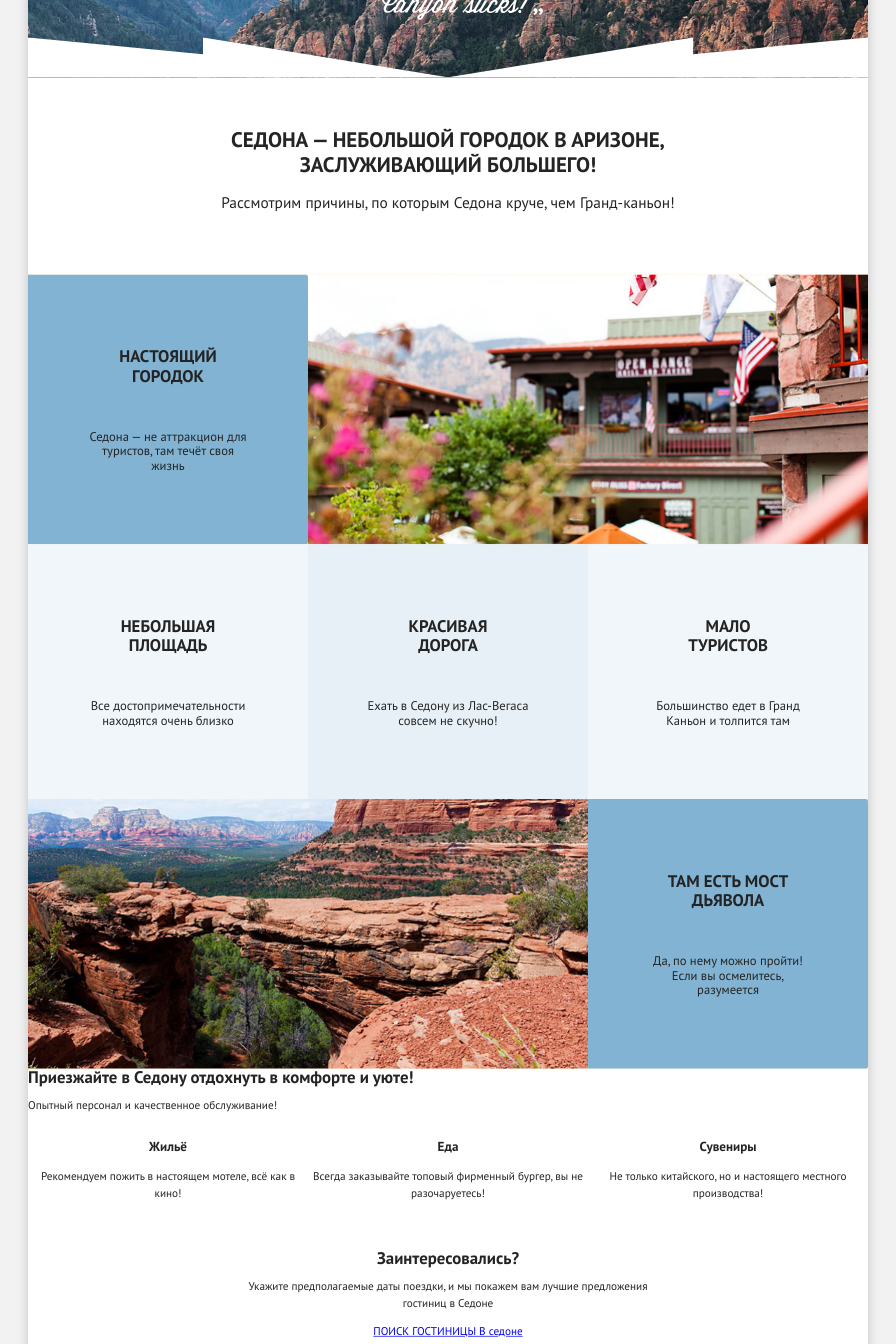
Repository: zakhgagne/2512253-sedona-1
Page: index.html
The author's editor kept a copy of each file at every save. The page is drawn from the files as they stood at one save, then again after the next save.
The browser window is 1280 px wide. The pictures show the part of the page from y = 438 to 2358 px (the page is 3050 px tall), at 70% of full size.

Above is the page before, as saved 2024-05-11 13:54:42.

### index.html
<!DOCTYPE html>
<html lang="ru">

  <head>
    <meta charset="utf-8">
    <title>Сайт города Седона</title>
    <link rel="stylesheet" href="styles/styles.css">
  </head>

  <body>
    <div class="container">
      <header class="header">
        <a class="logo-link" href="#">
          <img class="logo-image" src="./images/logo.svg" alt="Любимая Седона" width="" height="">
        </a>
        <nav class="navigation">
          <ul class="main-menu">
            <li class="menu-item">
              <a href="./index.html" class="menu-link">Главная</a>
            </li>
            <li class="menu-item">
              <a href="#" class="menu-link">О Седоне</a>
            </li>
            <li class="menu-item">
              <a href="./catalog.html" class="menu-link">Гостиницы</a>
            </li>
          </ul>
          <ul class="user-menu">
            <li class="user-menu-item">
              <a href="#" class="user-menu-link">
                <span class="visually-hidden">Поиск</span>
              </a>
            </li>
            <li class="user-menu-item">
              <a href="#" class="user-menu-link">
                <span class="visually-hidden">Избранное</span>
                <span class="like-number">12</span>
              </a>
            </li>
            <li class="user-menu-item">
              <a href="#" class="user-menu-link">Хочу сюда!</a>
            </li>
          </ul>
        </nav>
      </header>
      <main class="main-container">
        <h1 class="visually-hidden">Cайт города Седона</h1>
        <section class="welcome">
          <h2 class="visually-hidden">Приглашение</h2>
          <img src="./images/welcome.svg" class="welcome-image" width="" height="" alt="Welcome">
        </section>

        <section class="city">
          <h2 class="city-title">Седона — небольшой городок в Аризоне, заслуживающий большего!</h2>
          <p class="city-subtitle">Рассмотрим причины, по которым Седона круче, чем Гранд-каньон!</p>

          <ul class="reason-list">
            <li class="reason-item reason-item-special">
              <div class="reason-container">
                <h3 class="reason-title">Настоящий городок</h3>
                <p class="reason-text">Седона — не аттракцион для туристов, там течёт своя жизнь</p>
              </div>
              <img src="./images/photo-1.jpg" class="reason-image" width="" height="">
            </li>
            <li class="reason-item">
              <div class="reason-container">
                <h3 class="reason-title">Небольшая площадь</h3>
                <p class="reason-text">Все достопримечательности находятся очень близко</p>
              </div>
            </li>
            <li class="reason-item">
              <div class="reason-container">
                <h3 class="reason-title">Красивая дорога</h3>
                <p class="reason-text">Ехать в Седону из Лас-Вегаса совсем не скучно!</p>
              </div>
            </li>
            <li class="reason-item">
              <div class="reason-container">
                <h3 class="reason-title">Мало туристов</h3>
                <p class="reason-text">Большинство едет в Гранд Каньон и толпится там</p>
              </div>
            </li>
            <li class="reason-item reason-item-special">
              <img src="./images/photo-2.jpg" class="reason-image" width="" height="">
              <div class="reason-container">
                <h3 class="reason-title">Там есть мост дьявола</h3>
                <p class="reason-text">Да, по нему можно пройти! Если вы осмелитесь, разумеется</p>
              </div>
            </li>
          </ul>
        </section>

        <section class="city-welcome">
          <h2 class="desription">Приезжайте в Седону отдохнуть в комфорте и уюте!</h2>
          <p class="simple-text">Опытный персонал и качественное обслуживание!</p>

          <ul class="comfort-list">
            <li class="comfort-item">
              <h3 class="comfort-title">Жильё</h3>
              <p class="comfort-text">Рекомендуем пожить в настоящем мотеле, всё как в кино!</p>
            </li>
            <li class="comfort-item">
              <h3 class="comfort-title">Еда</h3>
              <p class="comfort-text">Всегда заказывайте топовый фирменный бургер, вы не разочаруетесь!</p>
            </li>
            <li class="comfort-item">
              <h3 class="comfort-title">Сувениры</h3>
              <p class="comfort-text">Не только китайского, но и настоящего местного производства!</p>
            </li>
          </ul>
        </section>

        <section class="interest">
          <h2 class="desription">Заинтересовались?</h2>
          <p class="simple-text">Укажите предполагаемые даты поездки, и мы покажем вам лучшие предложения гостиниц в
            Седоне</p>
          <a href="#" class="button-search-motel">ПОИСК ГОСТИНИЦЫ В седоне</a>
        </section>

      </main>

      <footer>
        <section class="news-letter">
          <h2 class="desription">Подпишитесь на рассылку</h2>
          <p class="simple-text">Только полезная информация и никакого спама, честное бойскаутское!</p>

          <form class="subscribe-form" action="https://echo.htmlacademy.ru/" method="post">
            <input class="field" placeholder="Ваш e-mail" type="email" name="distribution-email" required>
            <button class="subscribe-form-button" type="submit">Подписаться</button>
          </form>
        </section>
        <div class="footer-container">
          <section class="contacts">
            <h2 class="visually-hidden">Контакты</h2>
            <ul class="contact-list">
              <li class="contact-list-item">
                <a href="#" class="contact-list-link">
                  <p class="visually-hidden">Вконтакте</p>
                </a>
              </li>
              <li class="contact-list-item">
                <a href="#" class="contact-list-link">
                  <p class="visually-hidden">Телеграм</p>
                </a>
              </li>
              <li class="contact-list-item">
                <a href="#" class="contact-list-link">
                  <p class="visually-hidden">Ютуб</p>
                </a>
              </li>
            </ul>
            <a class="footer-contacts-address-phone" href="tel:+78005558628">+7 800 555-86-28</a>
            <a class="htmlacademy-link" href="https://htmlacademy.ru/">
              <img src="./images/logo-academy.svg" width="" height="" alt="Академия">
            </a>
          </section>
        </div>
      </footer>
    </div>
  </body>

</html>

### styles/styles.css
@font-face {
  font-family: "PT Sans";
  font-style: normal;
  font-weight: 400;
  src: url("../fonts/ptsans-400.woff2") format("woff2");
  font-display: swap;
}

@font-face {
  font-family: "PT Sans";
  font-style: normal;
  font-weight: 700;
  src: url("../fonts/ptsans-700.woff2") format("woff2");
  font-display: swap;
}


body {
  margin: 0;
  font-family: "PT Sans", "Arial", sans-serif;
  font-size: 16px;
  line-height: 24px;
  color: #242424;
  background-color: #f2f2f2;
}

.visually-hidden {
  display: none;
}

.container {
  width: 1200px;
  margin: 0 auto;
  background-color: #ffffff;
  box-shadow: 0 0 15px rgba(0, 0, 0, 0.2);
}

.header {
  background-color: #ffffff;
  position: relative;
  padding: 0 68px 0 238px;
}

.logo-link {
  position: absolute;
  top: 0;
  left: 70px;
}

.logo-image {}

.navigation {
  display: flex;
  justify-content: space-between;
}

.main-menu {
  padding: 0;
  margin: 0;
  list-style: none;
  display: flex;
  width: 500px;
  flex-wrap: wrap;
}

.menu-item {}

.menu-link {
  font-size: 20px;
  font-weight: 700;
  line-height: 24px;
  color: #000000;
  text-decoration: none;
  display: block;
  padding: 20px 16px;

}

.menu-item:nth-child(1) {
  /* background-color: red; */
}

.menu-item:nth-child(2) {
  /* background-color: blue; */
}

.menu-item:nth-child(3) {
  /* background-color: red; */
}

.user-menu {
  padding: 0;
  margin: 0;
  list-style: none;
  display: flex;
}

.welcome {
  background-color: #aec5d1;
  background-image: url("../images/white-crown.svg"), url("../images/index-background.jpg");
  background-repeat: no-repeat;
  background-position: center bottom, center top;
  background-size: 1200px 57px, cover;
  padding-top: 51px;
  padding-bottom: 82px;
  min-height: 352px;
}

.welcome-image {
  display: block;
  margin: 0 auto;
}

.city {
  text-align: center;
  padding-top: 70px;
}

.city-title {
  padding: 0;
  margin: 0 auto 24px;
  font-size: 30px;
  font-weight: 700;
  line-height: 36px;
  text-transform: uppercase;
  width: 750px;

}

.city-subtitle {
  padding: 0;
  margin: 0 auto 90px;
  font-size: 22px;
  font-weight: 400;
  line-height: 26px;
  width: 750px;
}

.reason-list {
  display: flex;
  justify-content: space-between;
  text-align: center;
  padding: 0;
  margin: 0;
  list-style: none;
  flex-wrap: wrap;
}

.reason-item {
  display: flex;
  background-color: bisque;
}

.reason-container {
  width: 400px;
  padding-top: 103px;
  padding-bottom: 102px;
}

.reason-title {
  margin: 0 auto 61px;
  padding: 0;
  font-size: 24px;
  font-weight: 700;
  line-height: 28px;
  width: 175px;
  text-transform: uppercase;

}

.reason-text {
  padding: 0;
  margin: 0 auto;
  font-size: 18px;
  font-weight: 400;
  line-height: 21px;
  width: 231px;
}

.reason-item:nth-child(2n) {
  background-color: #f0f6fa;
}
.reason-item:nth-child(3n) {
  background-color: #e6f0f6;
}
.reason-item-special .reason-container {
  background-color: #82B3D3;
  border-radius: 0px 4px 4px 0px;

}

.comfort-list {
  display: flex;
  justify-content: space-between;
  text-align: center;
  padding: 0;
  margin: 0;
  list-style: none;
}

.comfort-item {
  width: 400px;
}

.interest {
  text-align: center;
  margin: 54px auto;
  height: 214px;
  width: 592px;
}

.desription {
  padding: 0;
  margin: 0;
}

.footer-container {
  display: flex;
  margin: 0 auto;
}


.news-letter {
  background-image: url("../images/subscribe.jpg");
  background-repeat: no-repeat;
  min-height: 414px;
  text-align: center;

  /*width: 684px;*/
}

After the next save:
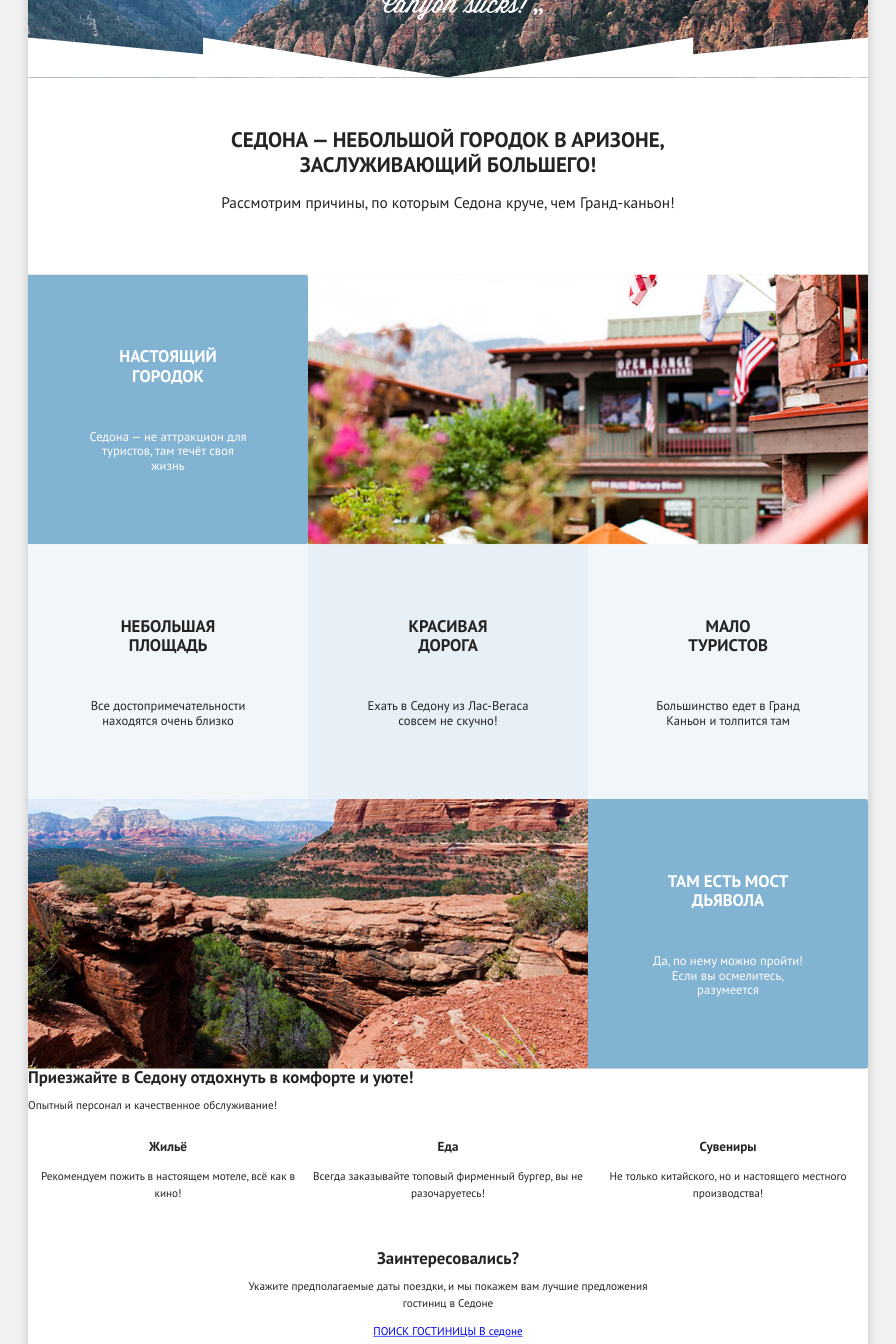
Saved 7 min 25 s later.
--- a/styles/styles.css
+++ b/styles/styles.css
@@ -186,6 +186,7 @@ body {
 .reason-item-special .reason-container {
   background-color: #82B3D3;
   border-radius: 0px 4px 4px 0px;
+  color: #FFFFFF;
 
 }
 
